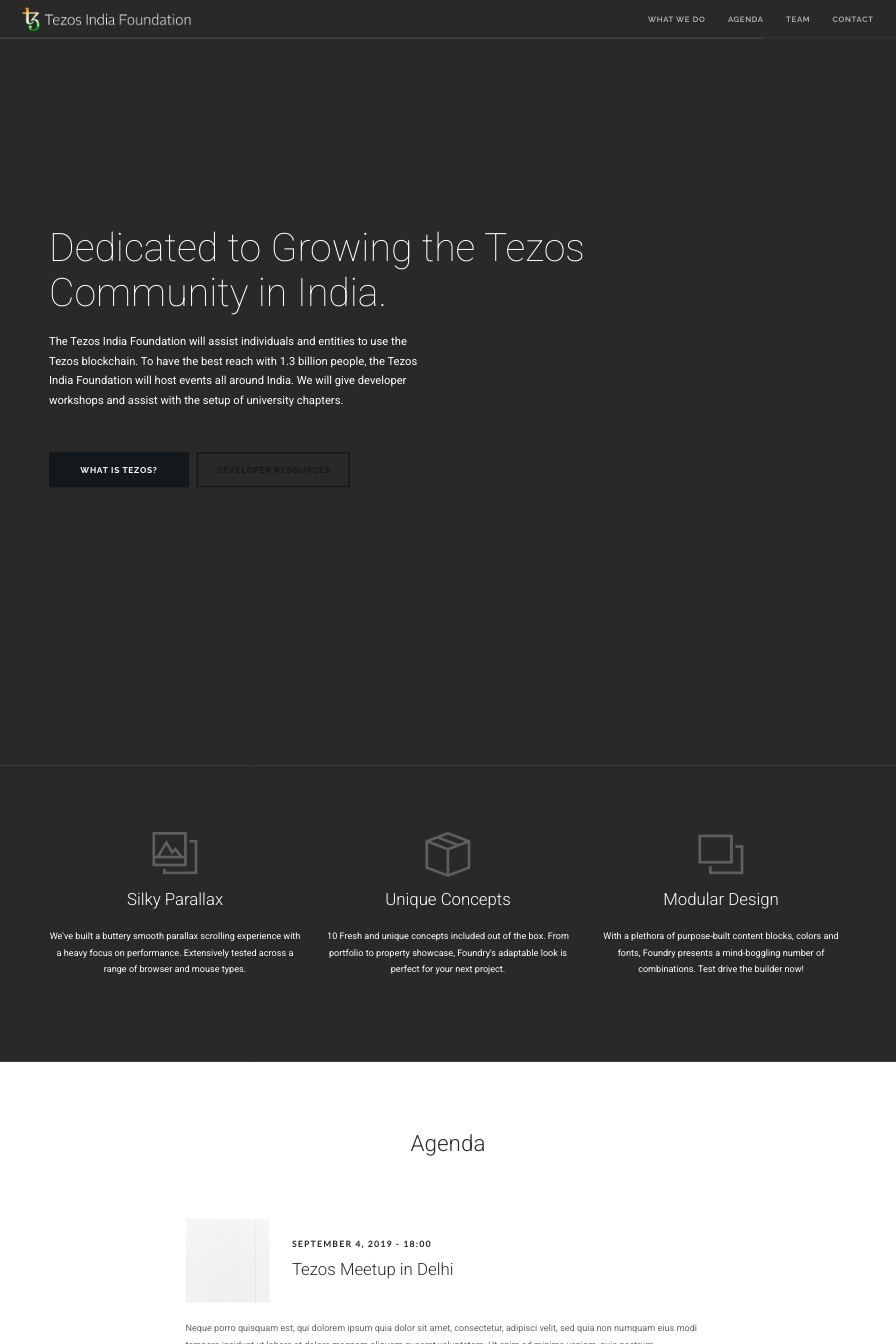
Repository: Tezos-India-Foundation/TIF-Website
Page: Tezos India Website/page.html
These files come from the project's save history. The page is drawn as it stood at one moment and after the next save; the edit follows.
The browser window is 1280 px wide. The pictures show the part of the page from y = 0 to 1920 px (the page is 3793 px tall before and 3612 px after), at 70% of full size.

Above is the page before, as saved 2019-08-06 16:07:56.

After the next save:
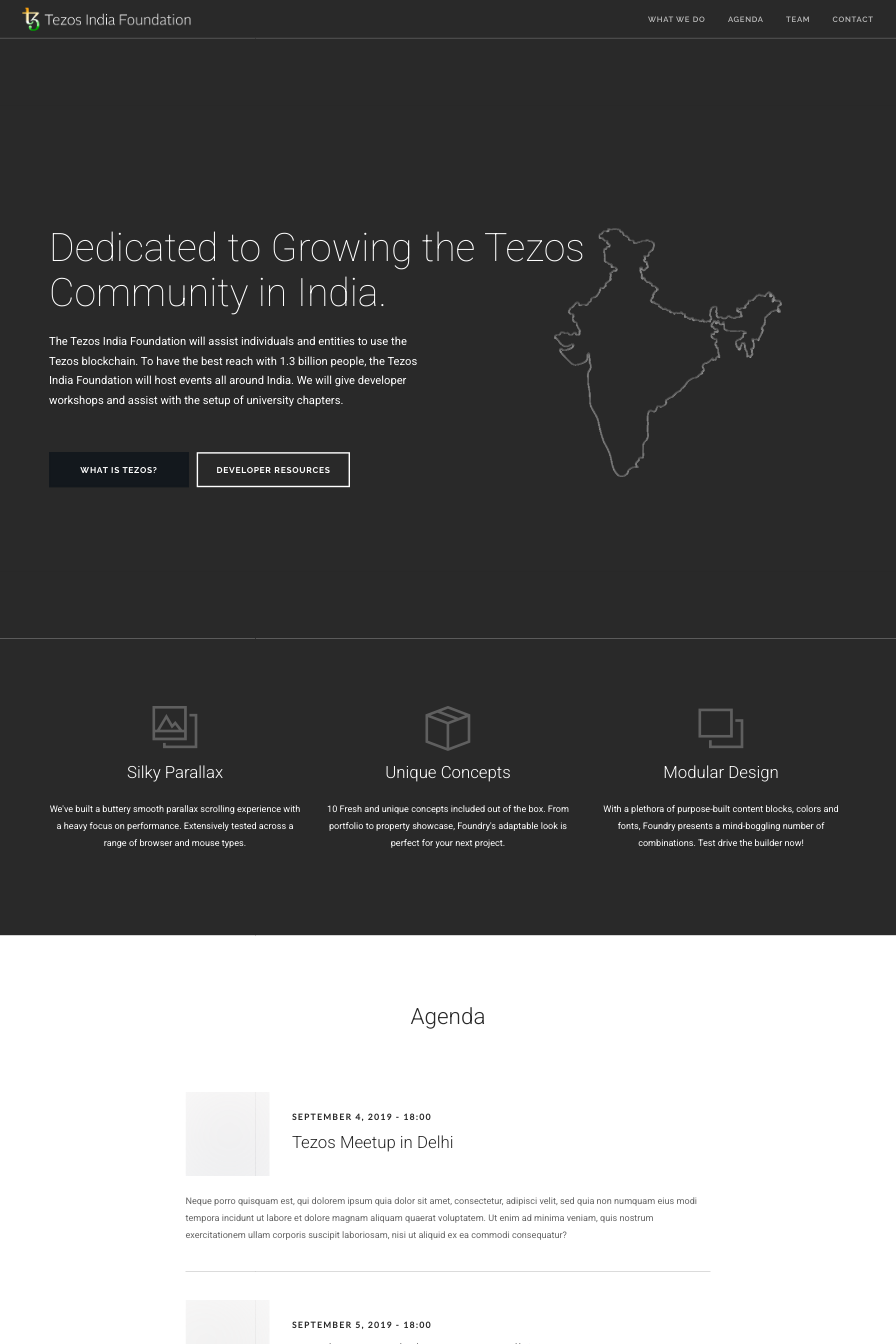
Saved 2 days later.
--- a/Tezos India Website/page.html
+++ b/Tezos India Website/page.html
@@ -86,6 +86,12 @@
 
 		</section> -->
 		<section class="bg-dark">
+				<section class="cover fullscreen image-bg overlay">
+						<div class="background-image-holder">
+							<img alt="image" class="background-image" src="img/india-background.png">
+						</div>
+
+
 			<div class="container">
 				<div class="row">
 					<!-- <div class="col-sm-12">
